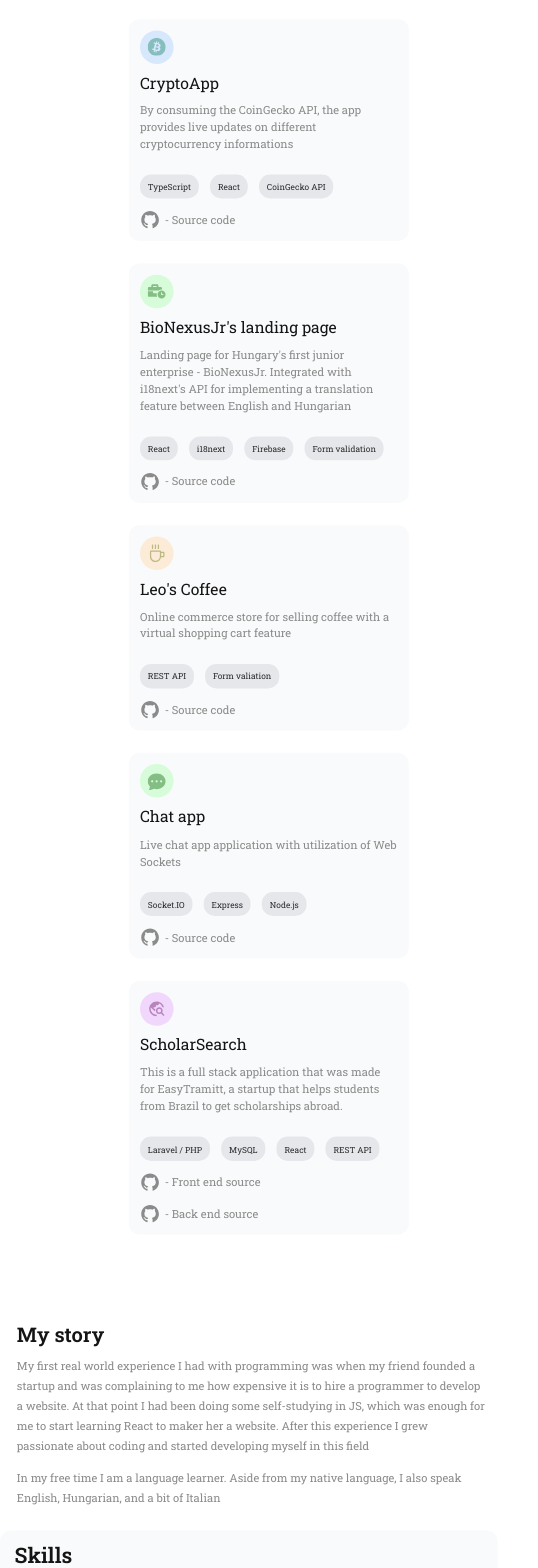
Repository: Leoka2000/portfolio-final
Page: /
An editor plug-in stored every save of this project. The page is shown before and after the next save, followed by the edit.
The browser window is 768 px wide. The pictures show the part of the page from y = 588 to 2828 px (the page is 3838 px tall before and 3826 px after), at 70% of full size.
The page's requests for data from a server got no answer. Some web fonts or font styles are not loaded; a fallback is used. The project was rebuilt for these pictures with package versions that can differ from the ones it lists, and the page was loaded fresh each time. No one was signed in, and anything a server would have sent is missing. Also part of the build but not shown: src/App.css. Imported but missing from the stored project, and not drawn on this page: src/assets/LeoCV.pdf, src/assets/ScholarSearch.mp4.

Above is the page before, as saved 2023-05-11 19:57:04.

### public/index.html
<!DOCTYPE html>
<html lang="en">
  <head>
    <meta charset="utf-8" />
    <link rel="icon" href="%PUBLIC_URL%/favicon.ico" />
    <meta name="viewport" content="width=device-width, initial-scale=1" />
    <meta name="theme-color" content="#000000" />
    <meta
      name="description"
      content="Web site created using create-react-app"
    />
    <link rel="apple-touch-icon" href="%PUBLIC_URL%/logo192.png" />
    <!-- font -->
    <link rel="preconnect" href="https://fonts.googleapis.com">
    <link rel="preconnect" href="https://fonts.gstatic.com" crossorigin>
    <link href="https://fonts.googleapis.com/css2?family=Fira+Sans+Extra+Condensed:wght@300&family=Roboto+Condensed:wght@300&family=Roboto+Slab:wght@400;500;600&display=swap" rel="stylesheet">

    <!-- font -->
    <link rel="manifest" href="%PUBLIC_URL%/manifest.json" />

    <title>React App</title>
  </head>
  <body>
    <noscript>You need to enable JavaScript to run this app.</noscript>
    <div id="root"></div>
    <!--
      This HTML file is a template.
      If you open it directly in the browser, you will see an empty page.

      You can add webfonts, meta tags, or analytics to this file.
      The build step will place the bundled scripts into the <body> tag.

      To begin the development, run `npm start` or `yarn start`.
      To create a production bundle, use `npm run build` or `yarn build`.
    -->
  </body>
</html>

### src/pages/main/home.jsx
import React from 'react'
import Navbar from '../../compontents/navbar/navbar'
import Hero from './hero/hero'
import Work from './work/work-parent'
import About from './about/about'
import Contact from '../contact/contact'


const Home = () => {
  return (
    <>
      <Hero/>
      <Work/>
      <About/>
      <Contact/>
    </>
  )
}

export default Home

### src/compontents/navbar/navbar.css
.nav-navbar {
    display: flex;
    justify-content: flex-start;

    align-items: center;
    height: 90px;
}

.nav-navbar > span {
    display: flex;
    color: var(--h1);
    text-align: center;
    align-items: center;
    justify-content: center;
    background-color: #f5f5f5;
    font-weight: 300;
    padding: 9px 30px;
    border-radius: 30px;
    height: 2rem;
    gap: 1rem;
    width: auto;
    position: absolute;
    right: 30rem;

}
.nav-navbar > span > div {
width: 1.4rem;
border-radius: 100%;
background-color: rgb(101, 223, 101);
height: 1.4rem;
}
.dropdown-menu{
    position: absolute;
    right: 0;
    margin-right: 2rem;


}
.nav-dropdown {
    transform: none;
    transition: all 2s ease-in-out;
    margin-top: 1rem;
    background-color: #f5f5f5;
    position: absolute;
    top: 1;
    right: 0;
    border-radius: 10px;
    width: 10rem;
    height: 8.5rem;
    font-size: 1.2rem;
    transition: all .2s ease-in-out;
    box-shadow: rgba(0, 0, 0, 0.1) 0px 20px 25px -5px, rgba(0, 0, 0, 0.04) 0px 10px 10px -5px;
    opacity:1;
    transition:

     0s linear,
     1s linear;
}
.nav-dropdown::before {
    content: "";
z-index: -1;
position: absolute;
top: 0;
right: 0;
bottom: 0;
left: 0;
background: linear-gradient(-45deg,#e81cff,#40c9ff);
transform: translateZ(0) scale(.95);
filter: blur(20px);
opacity: .6;
transition: .3s;
border-radius: inherit;
transition: all 2s ease-in-out;

}
.dropdown{

    list-style: none;
    display: flex;
 flex-direction: column;
 padding: 1rem;
 transform: none;
 opacity:1;
    transition:

     0s linear,
     1s linear;


}

.dropdown > a {
    list-style: none;
    width: 84%;
    display: flex;
    padding: 0.5rem 1rem 0.5rem 0.7rem;
}
.dropdown > a > a {
    width: 100%;
}
.dropdown a:hover {
    background-color: rgb(219, 219, 219);
    cursor: pointer;
    border-radius: 10px;
    transition: 0.2s;
}
.nav-navbar > div > button {
    background-color: transparent;
    outline: none;
    border: none;
    display: flex;
    align-items: center;
    background-color: #f5f5f5;
    border-radius: 10px;

    padding: 0.8rem;
    justify-content: center;
    gap: 0.2rem;
    cursor: pointer;
    position: relative;
    transition: 0.3s;
}
.nav-navbar > div > button:hover {
background-color: rgb(228, 228, 228);
transform: scale(1.1);
}
.dropdown-menu > button > p {
    font-size: 1.2rem;

}
.dropdown-menu button svg {
    font-size: 1.5rem;
}

### src/pages/main/hero/hero.jsx
import React from 'react'
import {AiFillGithub} from 'react-icons/ai'
import {AiOutlineMail} from 'react-icons/ai'
import {AiFillLinkedin} from 'react-icons/ai'
import './hero.css'
import { Link } from 'react-scroll'

const hero = () => {
  return (
    <>
      <section className='hero-section'>
        <h1>Hi, I'm Leo, a front-end developer</h1>
        <p>I build things for the web primarily using React. Currently living in Hungary</p>
        <div className='icons-wrapper'>
          <a href='https://www.linkedin.com/in/leoreus/'><AiFillGithub/></a>
          <a href='https://github.com/Leoka2000'><AiOutlineMail/> </a>
          <a><AiFillLinkedin/></a>
        </div>
        <button className='hero-btn'> <Link to="contact" spy={true} smooth={true} offset={100} duration={500}>Hire me</Link></button>
      </section>
    </>
  )
}

export default hero

### src/pages/main/about/about.js
import React from 'react'
import './about.css'
import ThingsIDo from './thingsido/index'
import Skills from './skills/index'

const about = () => {
  return (
    <section id='about' className='about-section'>
      <ThingsIDo/>
      <Skills/>
    </section>
  )
}

export default about

### src/pages/contact/contact.js
import React from 'react'
import './contact.css'
import Form from './inputs/index'

const Contact = () => {
  return (
    <section id='contact' className='contact-session'>
      <header className='contact-header'>
        <h1>Let's Talk about Your Project.</h1>
        <p>Something on your mind? Get in touch and let's chat!</p>

      </header>
<main className='contact-main'>
<Form/>
</main>


    </section>
  )
}

export default Contact

### src/pages/main/hero/hero.css
.hero-section {
    display: flex;
    flex-direction: column;
    text-align: center;
    align-items: center;
    padding: 4rem 2rem 2rem 2rem;
    justify-content: center;
    gap: 1.5rem
}
.hero-section h1 {
    color: var(--h1);
    font-size: 5rem;
}
.hero-section p {
    color: var(--p);
    font-size: 2rem;
    line-height: 2.5rem;
    width: 80%;

}
.icons-wrapper {
    font-size: 2rem;
    color: var(--p);
    background-color: #f5f5f5;
    border-radius: 25px;
    align-items: center;
    padding: 0.8rem 0 0.5rem 0;
    width: 12rem;
    display: flex;
    justify-content: center;
    gap: 1rem;
    cursor: pointer;

}
.icons-wrapper a {
    text-decoration: none;
    color: var(--p);
}
.icons-wrapper svg {
    transition: 0.4s;
}
.icons-wrapper svg:hover {
    color: rgb(0, 0, 0);
}


.hero-section > button {
    font-family: 'Fira Sans Extra Condensed', sans-serif;

    font-family: 'Inter', sans-serif;

    font-family: 'Roboto Condensed', sans-serif;

    font-family: 'Roboto Slab', serif;

    display: flex;
    justify-content: center;
    align-items: center;
    color: white;
    font-size: 1.3rem;
    width: 10rem;
    height: 3.5rem;
    border-radius: 10px;
    outline: none;
    background-color: black;
    border: none;
    position: relative;
    cursor: pointer;
    transition: all .2s ease-in-out;
    box-shadow: rgba(0, 0, 0, 0.1) 0px 20px 25px -5px, rgba(0, 0, 0, 0.04) 0px 10px 10px -5px;
}
.hero-section > button::before {
    content: "";
z-index: -1;
position: absolute;
top: 0;
right: 0;
bottom: 0;
left: 0;
background: linear-gradient(-45deg, #e81cff, #40c9ff);
transform: translateZ(1) scale(.98);
filter: blur(20px);
opacity: .6;
transition: opacity .3s;
border-radius: inherit;
transition: all .2s ease-in-out;
}
.hero-section > button::after {

        content: "";
        z-index: -1;
        position: absolute;
        top: 0;
        right: 0;
        bottom: 0;
        left: 0;
        background: inherit;
        border-radius: inherit;
      }

.hero-section > button:hover {
transform: scale(1.1);
background-color: white;
color: black;
}



@media screen and (max-width: 1000px) {
    .hero-section > h1 {
        color: var(--h1);
        font-size: 2rem;
    }
    .hero-section > p {
        font-size: 1.2rem;
        line-height: 1.4rem;
    }

}

### src/pages/main/work/work.css
.work-section {
    display: flex;
    flex-direction: column;
    justify-content: center;
    padding: 4rem 1rem 1rem 1rem;

}
.work-section > header {
text-align: center;
font-size:2.5rem;
}

.work-main {
    padding-top: 4rem;
    display: flex;
    gap: 2rem;
    flex-wrap: wrap;
    justify-content: center;
}
.individual-wrapper {
    background-color: var(--background);
    width: 23rem;
    cursor: pointer;
    display: flex;
    justify-content: space-between;
    flex-direction: column;
gap: 1rem;
padding: 1rem;
border-radius: 15px;
height: auto;
transition: 0.5s;
}
.individual-wrapper:hover {
    transform: scale(1.02);
    background-color: rgb(241, 241, 241);

}
.individual-wrapper > h1 {
    font-size: 1.4rem;
    font-weight: 400;
}
.individual-wrapper > span {
    font-size: 1.6rem;
    background-color: var(--background-dark);
    border-radius: 100%;
    width: 3rem;
    height: 3rem;
    justify-content: center;
    align-items: center;
    display: flex;
}
.individual-wrapper > p {
    color: var(--p);
    line-height: 1.5rem;
}
.key-wrapper {
    display: flex;
    gap: 1rem
}
.key-wrapper > span {
    margin-top: 1rem;
    text-align: center;
    padding: 0.7rem;
    border-radius: 16px;
    width: auto;
    display: block;
    font-weight: 100;
    font-size: 0.75rem;
    background-color: var(--background-dark);
    color :rgb(43, 43, 43)
}

a { color: inherit;
text-decoration: none;
}
.individual-wrapper > a {
    font-size: 1.8rem;
    cursor: pointer;
    display: flex;
    color: var(--p);
    align-items: center;
    gap: 0.4rem;
    transition: 0.3s;
}
.individual-wrapper > a > p {
    color: var(--p);
    font-size: 1rem;
    transition: 0.3s;

}

.individual-wrapper > a:hover #hover {
    color: black;
}

.individual-wrapper > a:hover {
    color: black;
}
#work-1 {
    background-color: rgb(215, 232, 252);
    color: rgb(133, 190, 188);
}

#work-2 {
    background-color: rgb(215, 252, 217);
    color: rgb(133, 190, 133);
}
#work-3 {
    background-color: rgb(252, 235, 215);
    color: rgb(190, 184, 133);
}
#work-4 {
    background-color: rgb(215, 252, 217);
    color: rgb(133, 190, 133);
}
#work-5 {
    background-color: rgb(241, 215, 252);
    color: rgb(183, 133, 190);
}

  .video-overlay {
    position: fixed;
    top: 0;
    left: 0;
    width: 100%;
    height: 100%;
    background-color: rgba(0, 0, 0, 0.8);
    display: flex;
    justify-content: center;
    align-items: center;
    z-index: 9999;
  }

  .video-overlay video {
    width: 90%;
    height: 90%;
  }

  .video-overlay button {
    background-color: #fff;
    position: absolute;
    color: #000;
    border: none;
    right: 4rem;
    top: 12rem;
    padding: 10px 20px;
    font-size: 16px;
    border-radius: 4px;
    cursor: pointer;
  }

  .video-overlay button:hover {
    background-color: #000;
    color: #fff;
  }

  @media screen and (max-width: 1000px) {

    .video-overlay button {
        background-color: #fff;
        position: absolute;
        color: #000;
        border: none;
        right: 9rem;
        top: 9rem;
        padding: 10px 20px;
        font-size: 16px;
        border-radius: 4px;
        cursor: pointer;
      }


}

@media screen and (max-width: 1000px) {

}

### src/pages/main/work/projects/bionexus/index.jsx
import React from 'react'
import {FaBusinessTime} from 'react-icons/fa'
import {AiFillGithub} from 'react-icons/ai'

const index = () => {
  return (
    <a target='_blank' href='https://bionexusjr.com/' className='individual-wrapper'>
    <span id='work-2'><FaBusinessTime/></span>
    <h1>BioNexusJr's landing page</h1>
    <p>Landing page for Hungary's first junior enterprise - BioNexusJr. Integrated with i18next's API for implementing a translation feature between English and Hungarian</p>
    <div className='key-wrapper'>
    <span>React</span>
      <span>i18next</span>
      <span>Firebase</span>
      <span>Form validation</span>
    </div>
    <a href='https://github.com/Leoka2000/BioNexus-s-Website'><AiFillGithub/><p id='hover'>- Source code</p></a>
  </a>
  )
}

export default index

### src/pages/main/work/projects/coffee/index.jsx
import React from 'react'
import {AiOutlineCoffee} from 'react-icons/ai'
import {AiFillGithub} from 'react-icons/ai'

const index = () => {
  return (
    <a target='_blank'  href='https://voluble-salamander-19402b.netlify.app/' className='individual-wrapper'>
      <span id='work-3'><AiOutlineCoffee/></span>
      <h1>Leo's Coffee</h1>
      <p>Online commerce store for selling coffee with a virtual shopping cart feature</p>
      <div className='key-wrapper'>
        <span>REST API</span>
        <span>Form valiation</span>
      </div>
      <a href='https://www.facebook.com/'><AiFillGithub/><p id='hover'>- Source code</p></a>
    </a>
  )
}

export default index

### src/pages/main/work/projects/chatapp/index.jsx
import React from 'react'
import {BsFillChatDotsFill} from 'react-icons/bs'
import {AiFillGithub} from 'react-icons/ai'

const index = () => {
  return (
    <a target='_blank'  href='https://idyllic-horse-830bac.netlify.app/' className='individual-wrapper'>
    <span id='work-4'><BsFillChatDotsFill/></span>
    <h1>Chat app</h1>
    <p>Live chat app application with utilization of Web Sockets</p>
    <div className='key-wrapper'>
      <span>Socket.IO</span>
      <span>Express</span>
      <span>Node.js</span>
    </div>
    <a href='https://www.facebook.com/'><AiFillGithub/><p id='hover'>- Source code</p></a>
  </a>
  )
}

export default index

### src/pages/main/work/projects/easy/index.jsx
import React, { useState } from 'react';
import { MdTravelExplore } from 'react-icons/md';
import { AiFillGithub } from 'react-icons/ai';
import video from '../../../../../assets/ScholarSearch.mp4';

const Index = () => {
  const [isVideoPlaying, setIsVideoPlaying] = useState(false);

  const handleVideoClick = (event) => {
    const targetElement = event.target;
    const isGithubLink = targetElement.closest('.github-link');

    if (!isGithubLink) {
      setIsVideoPlaying(true);
      disableScroll();
    }
  };

  const handleQuitVideo = () => {
    setIsVideoPlaying(false);
    enableScroll();
  };

  const disableScroll = () => {
    document.body.style.overflow = 'hidden';
  };

  const enableScroll = () => {
    document.body.style.overflow = '';
  };

  return (
    <div>
      <div onClick={handleVideoClick} className="individual-wrapper">
        <span id="work-5">
          <MdTravelExplore />
        </span>
        <h1>ScholarSearch</h1>
        <p>
          This is a full stack application that was made for EasyTramitt, a
          startup that helps students from Brazil to get scholarships abroad.
        </p>
        <div className="key-wrapper">
          <span>Laravel / PHP</span>
          <span>MySQL</span>
          <span>React</span>
          <span>REST API</span>
        </div>
        <a target='_blank' href="https://github.com/Leoka2000/front-end-ScholarSearch" className="github-link">
          <AiFillGithub />
          <p id="hover">- Front end source</p>
        </a>
        <a  target='_blank' href="https://github.com/Leoka2000/back-end-laravel" className="github-link">
          <AiFillGithub />
          <p id="hover">- Back end source</p>
        </a>
      </div>

      {isVideoPlaying && (
        <div className="video-overlay">
          <video src={video} controls autoPlay />
          <button onClick={handleQuitVideo}>Quit</button>
        </div>
      )}
    </div>
  );
};

export default Index;

### src/pages/main/work/projects/cryptoapp/index.jsx
import React from 'react'
import {SiBitcoin} from 'react-icons/si'
import {AiFillGithub} from 'react-icons/ai'

const index = () => {
  return (
    <a target='_blank'  href='https://regal-macaron-8fc4ed.netlify.app/' className='individual-wrapper'>
      <span id='work-1'><SiBitcoin/></span>
      <h1>CryptoApp</h1>
      <p>By consuming the CoinGecko API, the app provides live updates on different cryptocurrency informations</p>
      <div className='key-wrapper'>
      <span>TypeScript</span>
      <span>React</span>
        <span>CoinGecko API</span>
      </div>
      <a href='https://github.com/Leoka2000/CryptoApp'><AiFillGithub/><p id='hover'>- Source code</p></a>
    </a>
  )
}

export default index

### src/pages/main/about/about.css
.about-section {
    display: flex;
    gap: 0.5rem;
    padding: 7rem 1.5rem 5rem 4rem;
}

.left {
    display: flex;
    flex-direction: column;
    width: 50rem;
    gap: 1rem;

}
.left > h1 {
    color: var(--h1);
    font-size: 1.8rem;
}
.left > p {
    line-height: 1.8rem;
    color: var(--p);
    font-size: 1rem;
    font-weight: normal;
    -webkit-font-smoothing: antialiased;
    -moz-osx-font-smoothing: grayscale;
    width: 90%;

}

.right {
    display:flex;
    flex-direction: column;
    background-color: var(--background);
    border-radius: 16px;
    gap:1.6rem;
    padding: 1.3rem;
    justify-content: space-evenly;
    z-index: 0;
    width: 30rem;

}
.right > h1 {
    font-size: 1.9rem;
}
.right > p {
    color: var(--p);
    font-size: 1.1rem;
    line-height: 1.8rem;
    width: 95%;
}
.right-btn {
    display: flex;
    justify-content: center;
    align-items: center;
    color: white;
    font-size: 1rem;
    width: 10rem;
    height: 2.5rem;
    border-radius: 10px;
    outline: none;

    background-color: black;
    border: none;
    position: relative;
    cursor: pointer;
    transition: all .2s ease-in-out;
    box-shadow: rgba(0, 0, 0, 0.1) 0px 20px 25px -5px, rgba(0, 0, 0, 0.04) 0px 10px 10px -5px;
    font-family: 'Fira Sans Extra Condensed', sans-serif;

    font-family: 'Inter', sans-serif;

    font-family: 'Roboto Condensed', sans-serif;

    font-family: 'Roboto Slab', serif;
}
.right-btn::before {
    content:"";
z-index: -1;
position: absolute;
top: 0;
right: 0;
bottom: 0;

left: 0;
background: linear-gradient(-45deg, #e81cff, #40c9ff);
transform: translateZ(1) scale(.98);
filter: blur(20px);
opacity: 0.8;
transition: opacity .3s;
border-radius: inherit;
transition: all .2s ease-in-out;
}
.right-btn::after {

        content: "";
        z-index: -1;
        position: absolute;
        top: 0;
        right: 0;
        bottom: 0;
        left: 0;
        background: inherit;
        border-radius: inherit;
      }

      .right-btn:hover {
transform: scale(1.1);
background-color: white;
color: black;
}




@media screen and (max-width: 1150px) {
    .right {
        width: 35rem;


    }
    .left {
        width: 40rem;
        padding-left: 1.5rem;
    }
}

@media screen and (max-width: 1000px) {
    .about-section {
        flex-direction: column;
        padding-left: 0rem;
    }
    .right {
        width: 90%;



    }
    .left {
        width: 90%;
        padding-bottom: 1.5rem;


    }
    .left > p {
        width: 100%;
    }

    .right-btn {
        width: 13rem;
    }

    .right > p {

        font-size: 1.2rem;

    }
}

### src/pages/main/about/thingsido/index.jsx
import React from 'react'

const index = () => {
  return (
    <div className='left'>
            <h1>My story</h1>
            <p>My first real world experience I had with programming was when my friend founded a startup and was complaining to me how expensive it is to hire a programmer to develop a website. At that point I had been doing some self-studying in JS, which was enough for me to start learning React to maker her a website. After this experience I grew passionate about coding and started developing myself in this field</p>
            <p>In my free time I am a language learner. Aside from my native language, I also speak English, Hungarian, and a bit of Italian</p>
        </div>
  )
}

export default index

### src/pages/main/about/skills/index.jsx
import React from 'react'
import CV from '../../../../assets/LeoCV.pdf'
import './index.css'



const index = () => {
    return (
        <div className='right'>
            <h1>Skills</h1>
            <p>HTML / CSS / TypeScript / React / Laravel / PHP / MySQL / Next.js / Node.js / Express.js / Figma</p>
            <a href={CV} download className='right-btn'>Download CV</a>
        </div>
    )
}

export default index

### src/pages/contact/contact.css
.contact-session {
    padding: 5rem 1rem 5rem 1rem;
}
.contact-header {
    text-align: center;
    font-size: 1.2rem;
    gap: 1.5rem;
    display: flex;
    flex-direction: column;
}
.contact-header > h1 {
    font-size: 4rem;
    color: var(--h1);
}
.contact-header > p {
    color: var(--p);
    font-size: 1.7rem;
}
.contact-main {
    padding-top: 3rem;
    display: flex;
    justify-content: center;

}
.form {
    display: flex;
    flex-direction: column;
    justify-content: center;
    align-items: center;
    gap: 1rem;
    width: 25rem;
    box-shadow: rgba(0, 0, 0, 0.16) 0px 10px 36px 0px, rgba(0, 0, 0, 0.06) 0px 0px 0px 1px;
    padding: 2rem;
    border-radius: 10px;

}
.input {
    padding: 0.8rem;
    width: 22.5rem;
    outline: 2px solid transparent;
outline-offset: 2px;
border: none;
background-color: var(--background);
border-radius: 4px;
font-size: 1.1rem;
font-family: 'Fira Sans Extra Condensed', sans-serif;

  font-family: 'Inter', sans-serif;

  font-family: 'Roboto Condensed', sans-serif;

  font-family: 'Roboto Slab', serif;

}
.textarea {
padding: 0.8rem;
    width: 22.5rem;
    height: 5rem;
    outline: 2px solid transparent;
outline-offset: 2px;
border: none;
background-color: var(--background);
border-radius: 4px;
font-family: 'Fira Sans Extra Condensed', sans-serif;
font-size: 1.1rem;
  font-family: 'Inter', sans-serif;

  font-family: 'Roboto Condensed', sans-serif;

  font-family: 'Roboto Slab', serif;
}

.error {
  text-align:end;
   color: red;
}
.success {
 color: rgb(16, 184, 80);
 padding-bottom: 0.5rem;
}
.contact-btn {
    font-family: 'Fira Sans Extra Condensed', sans-serif;

    font-family: 'Inter', sans-serif;

    font-family: 'Roboto Condensed', sans-serif;

    font-family: 'Roboto Slab', serif;

    display: flex;
    justify-content: center;
    align-items: center;
    color: white;
    font-size: 1.1rem;
    width: 10rem;
    height: 2.8rem;
    border-radius: 10px;
    outline: none;
    background-color: black;
    border: none;
    position: relative;
    cursor: pointer;
    transition: all .2s ease-in-out;
    box-shadow: rgba(0, 0, 0, 0.1) 0px 20px 25px -5px, rgba(0, 0, 0, 0.04) 0px 10px 10px -5px;
    margin-top: 1rem;
}

.contact-btn::before {
    content: "";
z-index: -1;
position: absolute;
top: 0;
right: 0;
bottom: 0;
left: 0;
background: linear-gradient(-45deg, #e81cff, #40c9ff);
transform: translateZ(1) scale(.9);
filter: blur(20px);
opacity: .9;
transition: opacity .3s;
border-radius: inherit;
transition: all .2s ease-in-out;
}
.contact-btn::after {

        content: "";
        z-index: -1;
        position: absolute;
        top: 0;
        right: 0;
        bottom: 0;
        left: 0;
        background: inherit;
        border-radius: inherit;
      }

.contact-btn:hover {
transform: scale(1.1);
background-color: white;
color: black;
}

@media screen and (max-width: 600px) {

    .contact-header > h1 {

        font-size: 2.5rem;
    }
    .contact-header > p {
        line-height: 2rem;
        font-size: 1.6rem;
    }

}
@media screen and (max-width: 400px) {
    .input, .textarea {
        width: 18rem;
    }
}

### src/firebaseConfig.js
import { initializeApp } from "firebase/app";
import { getFirestore } from '@firebase/firestore'

const firebaseConfig = {

  apiKey: `${process.env.REACT_APP_API_KEY}`,

  authDomain: "portfolio-6b1fa.firebaseapp.com",

  projectId: "portfolio-6b1fa",

  storageBucket: "portfolio-6b1fa.appspot.com",

  messagingSenderId: "417124294769",

  appId: "1:417124294769:web:517649707aa8fc9622fbd0",

  measurementId: "G-0YRDJZY4KD"

};




  const app = initializeApp(firebaseConfig)

 export const db = getFirestore(app)

Loaded but not shown: src/index.js (common file); src/index.css (common file); src/App.js (common file); src/pages/contact/inputs/index.js (55 lines, source omitted); src/compontents/navbar/navbar.js (35 lines, source omitted); src/pages/main/work/work-parent.js (32 lines, source omitted); src/pages/main/about/skills/index.css (no stored copy; drawn as an empty file)

After the next save:
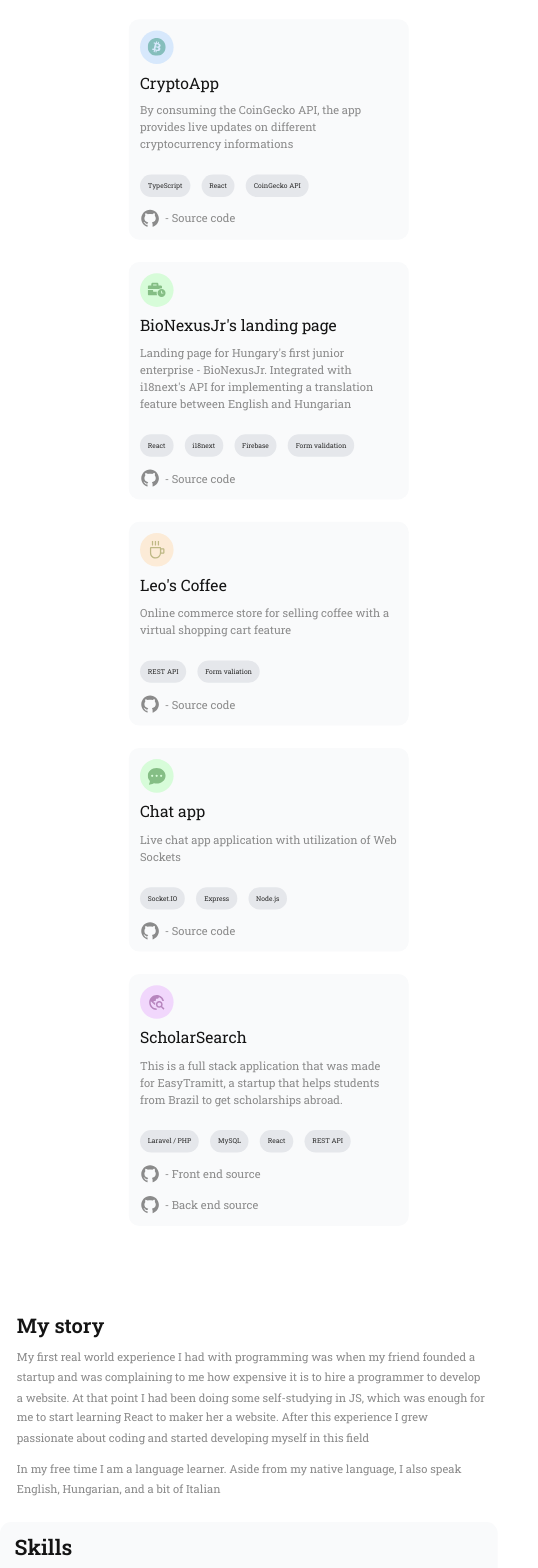
Saved 7 s later.
--- a/src/pages/main/work/work.css
+++ b/src/pages/main/work/work.css
@@ -172,6 +172,17 @@ text-decoration: none;
 
 }
 
-@media screen and (max-width: 1000px) {
-
+@media screen and (max-width: 800px) {
+    .key-wrapper > span {
+        margin-top: 1rem;
+        text-align: center;
+        padding: 0.7rem;
+        border-radius: 16px;
+        width: auto;
+        display: block;
+        font-weight: 100;
+        font-size: 0.6rem;
+        background-color: var(--background-dark);
+        color :rgb(43, 43, 43)
+    }
 }
